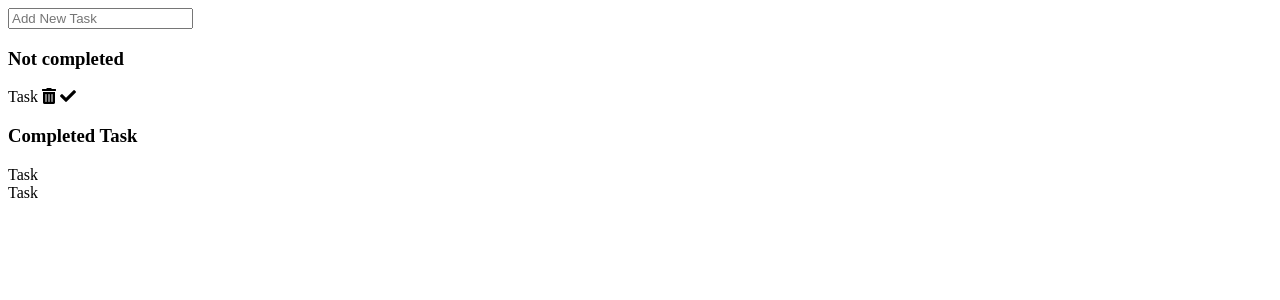
Repository: Mayur2905/OIBSIP
Page: Task-6/index.html
An editor plug-in stored every save of this project. The page is shown before and after the next save, followed by the edit.
The browser window is 1280 px wide. The pictures show the whole page.

Above is the page before, as saved 2022-02-05 19:24:24.

### Task-6/index.html
<!DOCTYPE html>
<html lang="en">
<head>
    <meta charset="UTF-8">
    <meta http-equiv="X-UA-Compatible" content="IE=edge">
    <meta name="viewport" content="width=device-width, initial-scale=1.0">
    <link rel="stylesheet" href="https://cdnjs.cloudflare.com/ajax/libs/font-awesome/5.15.1/css/all.css">
    <script src="https://ajax.googleapis.com/ajax/libs/jquery/3.5.1/jquery.min.js"></script>
    <title>To Do List</title>
</head>
<body>
    <div class="container">
        <input type="text" class="textb" placeholder="Add New Task">
        <div class="notdone">
            <h3>Not completed</h3>
            <div class="task">
                Task
                <i class="fas fa-trash-alt"></i>
                <i class="fas fa-check"></i>
            </div>
        </div>
        <div class="complete">
            <h3>Completed Task</h3>
            <div class="task">
                Task
                <i class="fas fs-transh-alt"></i>
            </div>
            <div class="task">
                Task
                <i class="fas-fa-trash-alt"></i>
            </div>
        </div>
    </div>
</body>
</html>

After the next save:
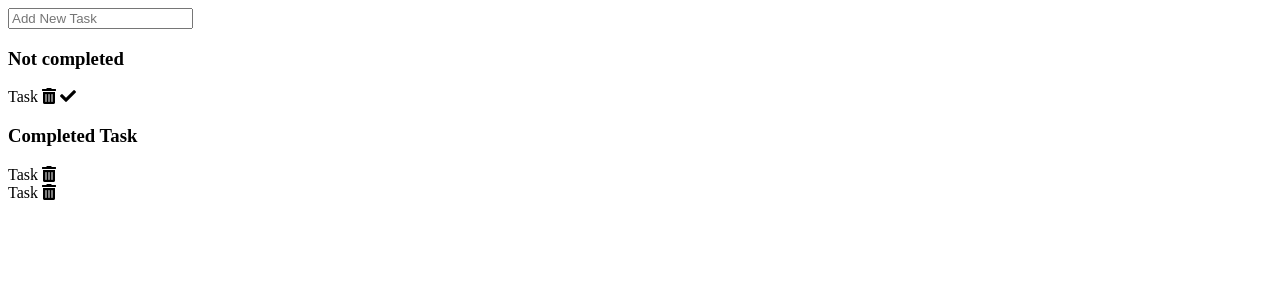
Saved 48 s later.
--- a/Task-6/index.html
+++ b/Task-6/index.html
@@ -23,11 +23,11 @@
             <h3>Completed Task</h3>
             <div class="task">
                 Task
-                <i class="fas fs-transh-alt"></i>
+                <i class="fas fa-trash-alt"></i>
             </div>
             <div class="task">
                 Task
-                <i class="fas-fa-trash-alt"></i>
+                <i class="fas fa-trash-alt"></i>
             </div>
         </div>
     </div>
